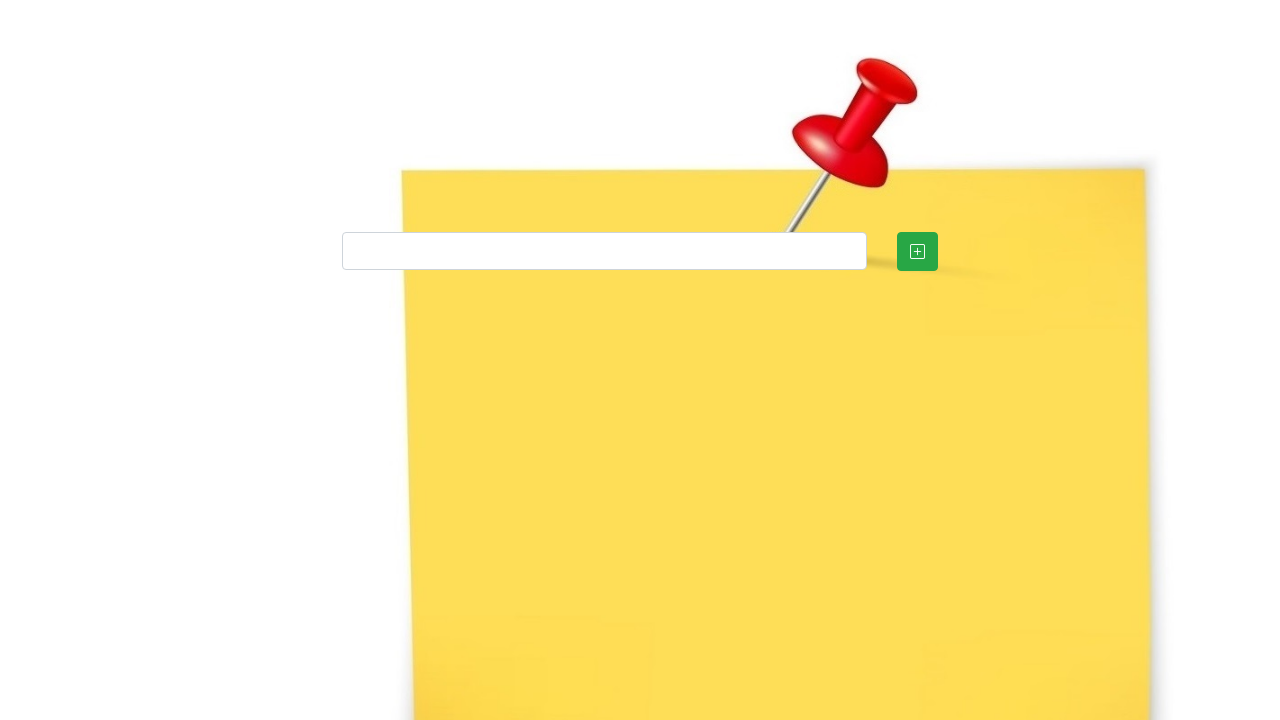
Repository: walaaElbasha/Todo-list-laravel
Page: http://localhost/tasks
An editor plug-in stored every save of this project. The page is shown before and after the next save, followed by the edit.
The browser window is 1280 px wide. The pictures show the whole page.
The page is served by the project's Laravel application, run on PHP 8.4 with Laravel 8. Other server files are loaded and not shown. Style sheets and scripts are compiled from the project's sources, by tool versions that may differ from the author's. Queries for data that is not in the repository find no rows.

Above is the page before, as saved 2021-07-01 15:48:59.

### routes/web.php
<?php

use Illuminate\Support\Facades\Route;
use App\Http\Controllers\TaskController;
/*
|--------------------------------------------------------------------------
| Web Routes
|--------------------------------------------------------------------------
|
| Here is where you can register web routes for your application. These
| routes are loaded by the RouteServiceProvider within a group which
| contains the "web" middleware group. Now create something great!
|
*/

Route::get('/', function () {
    return view('welcome');
});

Route::get('/tasks', [TaskController::class, 'index'])->name('tasks.index');
Route::post('/tasks', [TaskController::class, 'store'])->name('tasks.store');
Route::get('/tasks/{task}/edit', [TaskController::class, 'edit'])->name('tasks.edit');
Route::put('/tasks/{task}', [TaskController::class, 'update'])->name('tasks.update');
Route::delete('/tasks/{task}', [TaskController::class, 'destroy'])->name('tasks.destroy');

### app/Http/Controllers/TaskController.php
<?php

namespace App\Http\Controllers;
use Illuminate\Http\Request;
use App\Http\Requests\TaskRequest;
use App\Models\Task;


class TaskController extends Controller

{

    public function index()
    {
        $allTasks = Task::paginate(4);

        return view('tasks.index', [
            'allTasks' => $allTasks
        ]);
    }

    public function edit($taskId)
    {
        $task = Task::find($taskId);
        return view('tasks.edit', [
            'task' => $task,
        ]);
    }
    public function update($taskId, TaskRequest $request)
    {


        // $requestData = $request->all();

        // $task = Task::find($taskId);
        // $task->update($requestData);
        // $task->save();

        $requestData = $request->all();
        $task = Task::find($taskId);
        $task->update($requestData);
        $task->save();
        return redirect()->route('tasks.index')->with('success', "TODO updated successfully!");
    }

    public function destroy($taskId)
    {

        $task = Task::findorfail($taskId);

        $task->delete();
        return redirect()->route('tasks.index');
    }



    public function store(TaskRequest $request)
    {

        // $requestData = $request->all();
        // Task::create($requestData);

        $task = new Task;
        $task->name = $request->name;
        $task->save();
        return redirect()->route('tasks.index');
    }

}

### app/Models/Task.php
<?php

namespace App\Models;

use Illuminate\Database\Eloquent\Factories\HasFactory;
use Illuminate\Database\Eloquent\Model;

class Task extends Model
{
    use HasFactory;
    protected $fillable = ['name'];
}

### resources/views/tasks/index.blade.php
@extends('layouts.app')

@section('content')

<!-- Bootstrap Boilerplate... -->


        @if($errors->any())
        <div class="alert alert-danger w-25">
            <ul>
                @foreach ($errors->all() as $error)
                <li>{{ $error }}</li>
                @endforeach
            </ul>
        </div>
        @endif

    <div class="container">
        <!-- Display Validation Errors -->

        <div style="margin-top:200px; margin-left:120px">
            <table>
                <ul>
                    @foreach($allTasks as $task)


                    <tr>
                        <td style="width:600px">
                            <div style="display:flex">
                                <!-- <div style="justify-content:flex-start"> -->
                                <li>
                                    {{ $task->name}}

                                </li>
                        </td>
                        <td>
                            <!-- </div> -->
                            <div style="justify-content:flex-end">

                                <a href="{{ route('tasks.edit',['task' => $task['id']]) }}" class="btn btn-secondary mt-4"><i class="bi bi-pencil-square"></i>


                                </a>

                                <form style="display:inline" method="POST" action="{{route('tasks.destroy',['task' => $task['id']])}}">
                                    @csrf
                                    @method('DELETE')
                                    <button onclick="return confirm('Are you sure?')" class="btn btn-danger mt-4" type="submit"><i class="bi bi-trash-fill"></i></button>
                                </form>
                            </div>
        </div>
        <br>
        </td>

        </tr>


        @endforeach
        </ul>
        </table>
        <!-- New Task Form -->
    </div>
    <form action="{{ route('tasks.store') }}" method="POST" class="form-horizontal">
        @csrf

        <!-- Task Name -->
        <div class="form-group">
            <div class="text-center" style="display:flex; justify-content:center; align-items:center">
                {{$allTasks->links("pagination::bootstrap-4")}}

            </div>

            <div style="display:flex; justify-content:center; align-items:center">
                <div class="col-sm-6">
                    <input type="text" name="name" id="name" class="form-control">
                </div>

                <div class="form-group">
                    <div class="col-sm-offset-3 col-sm-6">
                        <button type="submit" class="btn btn-success mt-3">
                            <span style="font-size:15px"><i class="bi bi-plus-square"></i> </span>
                        </button>
                    </div>
                </div>
            </div>
        </div>
    </form>
</div>



<!-- TODO: Current Tasks -->
@endsection

### resources/views/layouts/app.blade.php
<!DOCTYPE html>
<html lang="en">

<head>
    <meta charset="utf-8">
    <meta name="viewport" content="width=device-width, initial-scale=1">

    <!-- CSRF Token -->
    <meta name="csrf-token" content="{{ csrf_token() }}">

    <title>{{ config('app.name', 'All Tasks') }}</title>

    <!-- Scripts -->
    <script src="{{ asset('js/app.js') }}" defer></script>

    <!-- Fonts -->
    <link rel="dns-prefetch" href="//fonts.gstatic.com">
    <link href="https://fonts.googleapis.com/css?family=Nunito" rel="stylesheet">

    <!-- Styles -->
    <link href="{{ asset('css/app.css') }}" rel="stylesheet">
    <link rel="stylesheet" href="https://cdn.jsdelivr.net/npm/bootstrap@4.6.0/dist/css/bootstrap.min.css" integrity="sha384-B0vP5xmATw1+K9KRQjQERJvTumQW0nPEzvF6L/Z6nronJ3oUOFUFpCjEUQouq2+l" crossorigin="anonymous">
    <link rel="stylesheet" href="path/to/font-awesome/css/font-awesome.min.css">
    <link rel="stylesheet" href="https://cdn.jsdelivr.net/npm/bootstrap-icons@1.5.0/font/bootstrap-icons.css">
</head>


<body style="background-image: url('sticky.jpg')  ; background-repeat: no-repeat;
  background-size: 1400px 950px;">
    <div class="container">
        <nav class="navbar navbar-default">
            <!-- Navbar Contents -->
        </nav>
    </div>

    @yield('content')

</body>

</html>

Loaded but not shown: app/Http/Controllers/Controller.php (common file); resources/sass/app.scss (common file); resources/sass/_variables.scss (common file)

After the next save:
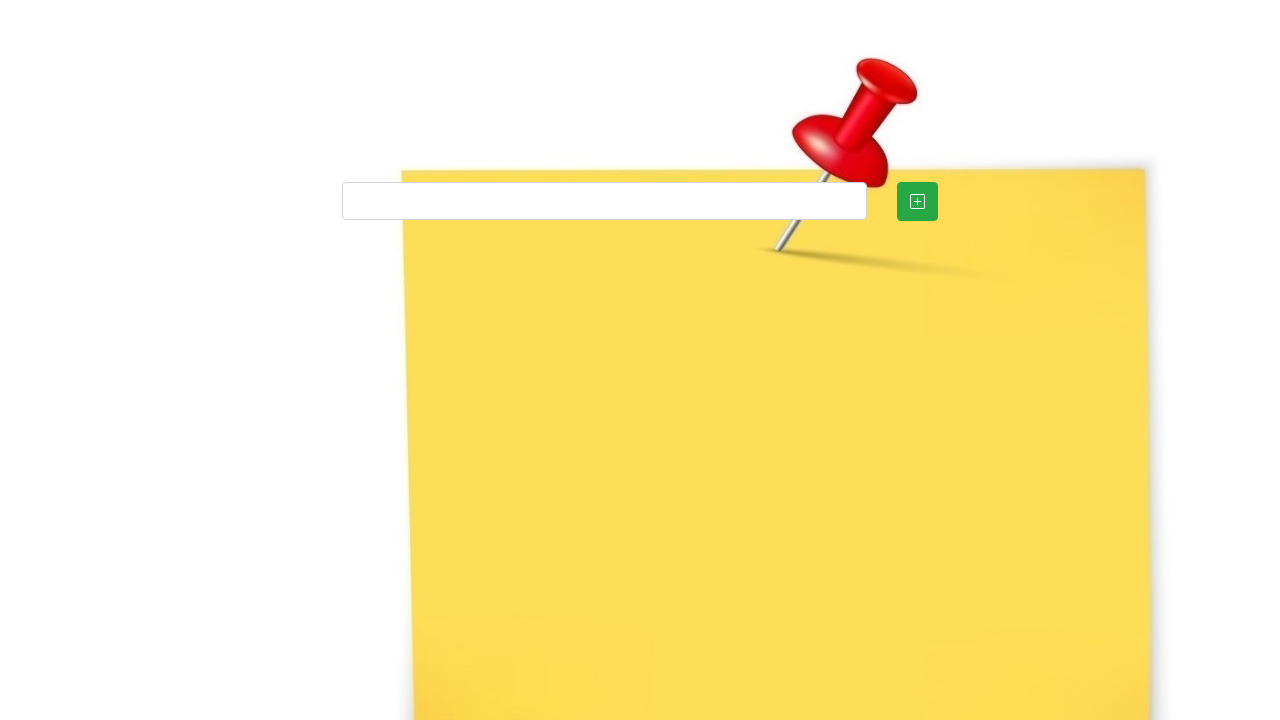
Saved 14 s later.
--- a/resources/views/tasks/index.blade.php
+++ b/resources/views/tasks/index.blade.php
@@ -16,9 +16,10 @@
         @endif
 
     <div class="container">
+
         <!-- Display Validation Errors -->
 
-        <div style="margin-top:200px; margin-left:120px">
+        <div style="margin-top:150px; margin-left:200px">
             <table>
                 <ul>
                     @foreach($allTasks as $task)
